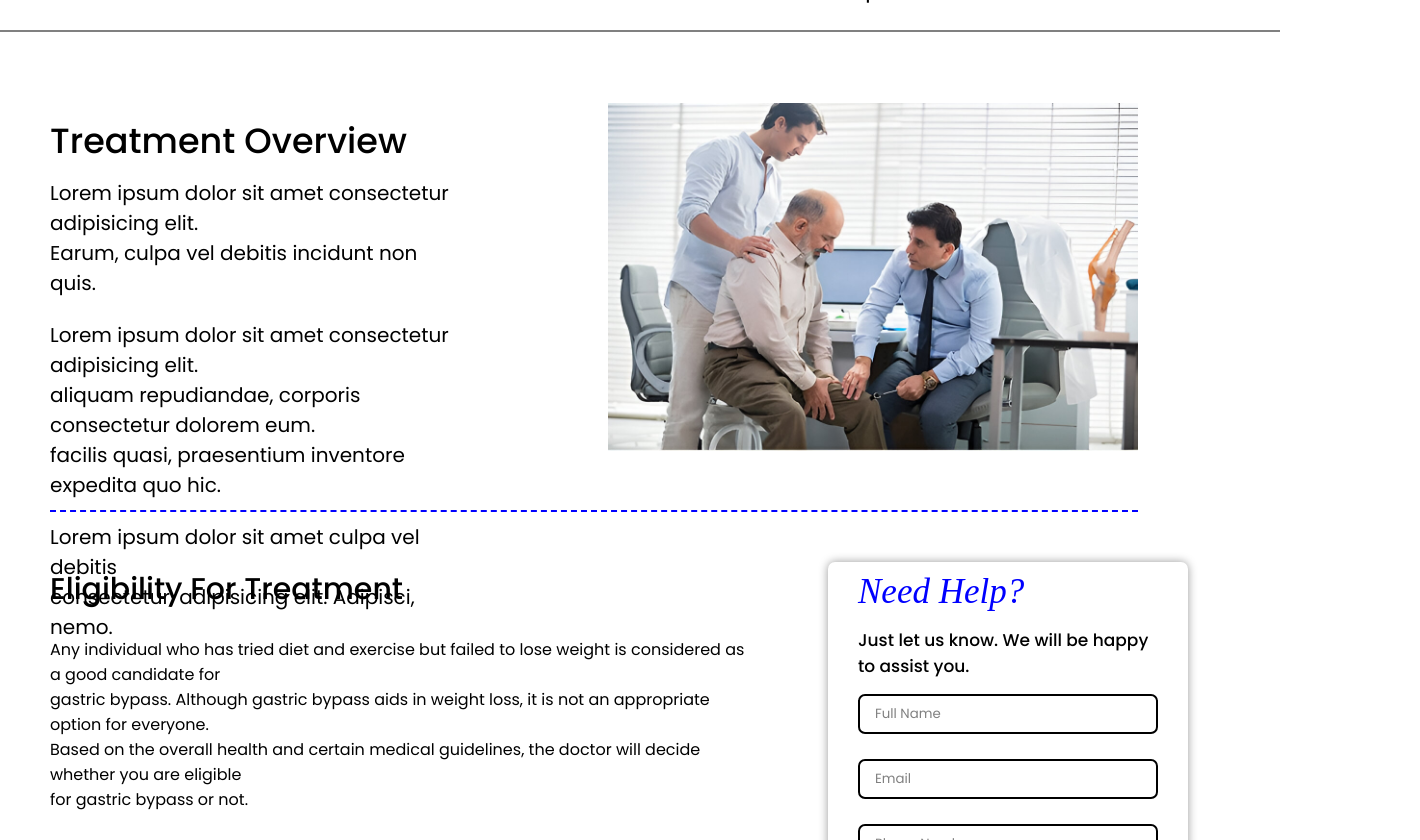
Repository: hetuk2005/webDevelopment
Page: Projects/Aafiya.html
An editor plug-in stored every save of this project. The page is shown before and after the next save, followed by the edit.
The browser window is 1280 px wide. The page is 1420 px wide, so the pictures cover 1420 px, including what lies to the right of the window. The pictures show the part of the page from y = 571 to 1411 px (the page is 7844 px tall).
Some web fonts or font styles are not loaded; a fallback is used.

Above is the page before, as saved 2025-04-14 16:05:52.

### Projects/Aafiya.html
<!DOCTYPE html>
<html lang="en">

<head>
    <meta charset="UTF-8" />
    <meta name="viewport" content="width=device-width, initial-scale=1.0" />
    <title>Hetuk</title>
    <link rel="stylesheet" href="./CSS/Aafiya.css" />
</head>

<body>
    <nav>
        <div class="child1">
            <div class="images">
                <img src="./Images/Aafiya Logo.svg" alt="Aafiya Logo" class="img1" />
                <img src="./Images/Logo 2.png" alt="Logo" class="img2" />
            </div>
            <div class="image_text">
                <div class="book_text">
                    <img src="./Images/Book.svg" alt="Book" class="img3" />
                    <div class="grid">
                        <p class="text">Second Medical Option</p>
                        <p class="text1">Book Consultation</p>
                    </div>
                </div>
                <div class="call_text">
                    <img src="./Images/Call.svg" alt="Call" class="img4" />
                    <div class="grid">
                        <p class="text">Call Us On</p>
                        <p class="text1">985 896 2222</p>
                    </div>
                </div>
                <div class="mail_text">
                    <img src="./Images/Mail.png" alt="Mail" class="img5" />
                    <div class="grid">
                        <p class="text">Email Us On</p>
                        <p class="text1">info@mediretreats.com</p>
                    </div>
                </div>
                <img src="./Images/India.svg" alt="India Flag" class="img6" />
            </div>
        </div>
        <div class="child2">
            <ul>
                <li>Home</li>
                <li>About Us</li>
                <li>Treatments +</li>
                <li>Destinations +</li>
                <li>Hospitals</li>
                <li>FAQs</li>
                <li>Blog</li>
                <li>Request A Quote</li>
            </ul>
            <input type="search" placeholder="🔍  Search" />
        </div>
    </nav>
    <div class="home_img">
        <div class="home_child">
            <p class="home_content">Home</p>
            <span class="red"> > </span>
            <p class="home_content">Treatments</p>
            <span class="red"> > </span>
            <p class="home_content">Orthopaedics</p>
            <span class="red"> > </span>
            <p class="home_content">Knee Replacement</p>
        </div>
        <h3>Total Knee Replacement</h3>
        <p class="home_description">
            Total knee replacement is a surgery to remove and replace the whole<br> damaged knee joint with an artificial joint.
        </p>
        <button class="enquire_now">Enquire Now</button>
    </div>
    <div class="nav2">
        <ul>
            <li class="list">Overview</li>
            <li>Eligibility</li>
            <li>Preparation</li>
            <li>About Treatment</li>
            <li>Post-Treatment Care</li>
            <li>Recovery Tips</li>
            <li>FAQs</li>
            <li>Patients Stories</li>
        </ul>
    </div>
    <div class="treatment_overview">
        <div class="treatment_text">
            <h3>Treatment Overview</h3>
            <p>
                Lorem ipsum dolor sit amet consectetur adipisicing elit.<br /> Earum, culpa vel debitis incidunt non quis.
                <p>Lorem ipsum dolor sit amet consectetur adipisicing elit.<br /> aliquam repudiandae, corporis consectetur dolorem eum.<br /> facilis quasi, praesentium inventore expedita quo hic.</p>
                <p>Lorem ipsum dolor sit amet culpa vel debitis<br /> consectetur, adipisicing elit. Adipisci, nemo.</p>
            </p>
        </div>
        <div class="treatment_img">
            <img src="./Images/treatment_overview (1).jpg" alt="Image" />
        </div>
    </div>
    <div class="text_grid">
        <div class="eligibility_for_treatment">
            <div class="eligibility_text">
                <h3>Eligibility For Treatment</h3>
                <br />
                <p>
                    Any individual who has tried diet and exercise but failed to lose weight is considered as a good candidate for<br /> gastric bypass. Although gastric bypass aids in weight loss, it is not an appropriate option for everyone.<br /> Based
                    on the overall health and certain medical guidelines, the doctor will decide whether you are eligible<br /> for gastric bypass or not.
                </p>
                <br />
                <p>In general, gastric bypass could be a good option if:</p>
                <br />
                <ul>
                    <li>The BMI (body mass index) is 40 or more.</li>
                    <li>
                        Your BMI is 30 or more with severe weight-related health conditions like type-2 diabetes and high<br /> blood pressure.
                    </li>
                    <li>You are willing to make permanent changes in the lifestyle.</li>
                </ul>
            </div>
            <div class="eligibility_form">
                <h3>Need Help?</h3>
                <p>
                    Just let us know. We will be happy<br /> to assist you.
                </p>
                <form>
                    <input type="text" placeholder="Full Name" />
                    <input type="email" placeholder="Email" />
                    <input type="tel" placeholder="Phone Number" />
                    <input type="textarea" placeholder="Describe Your Treatment Requirement" class="textarea" />
                    <button class="Enquiry">Send Enquiry</button>
                </form>
            </div>
        </div>
        <div class="preparation_of_treatment">
            <h3>Preparation Of Treatment</h3>
            <br />
            <p>
                Any individual who has tried diet and exercise but failed to lose weight is considered as a good candidate for<br /> gastric bypass. Although gastric bypass aids in weight loss, it is not an appropriate option for everyone.<br /> Based
                on the overall health and certain medical guidelines, the doctor will decide whether you are eligible<br /> for gastric bypass or not.
            </p>
            <br />
            <p>In general, gastric bypass could be a good option if:</p>
            <br />
            <ul>
                <li>The BMI (body mass index) is 40 or more.</li>
                <li>
                    Your BMI is 30 or more with severe weight-related health conditions like type-2 diabetes and high<br /> blood pressure.
                </li>
                <li>You are willing to make permanent changes in the lifestyle.</li>
            </ul>
        </div>
    </div>
    <div class="about_treatment">
        <h3>About Treatment</h3>
        <br />
        <p>
            Any individual who has tried diet and exercise but failed to lose weight is considered as a good candidate for<br /> gastric bypass. Although gastric bypass aids in weight loss, it is not an appropriate option for everyone.<br /> Based on
            the overall health and certain medical guidelines, the doctor will decide whether you are eligible<br /> for gastric bypass or not.
        </p>
        <br />
        <p>In general, gastric bypass could be a good option if:</p>
        <br />
        <ul>
            <li>The BMI (body mass index) is 40 or more.</li>
            <li>
                Your BMI is 30 or more with severe weight-related health conditions like type-2 diabetes and high<br /> blood pressure.
            </li>
            <li>You are willing to make permanent changes in the lifestyle.</li>
        </ul>
    </div>
    <div class="post_treatment">
        <h3>Post-Treatment Care Treatment</h3>
        <br />
        <p>
            Any individual who has tried diet and exercise but failed to lose weight is considered as a good candidate for<br /> gastric bypass. Although gastric bypass aids in weight loss, it is not an appropriate option for everyone.<br /> Based on
            the overall health and certain medical guidelines, the doctor will decide whether you are eligible<br /> for gastric bypass or not.
        </p>
        <br />
        <p>In general, gastric bypass could be a good option if:</p>
        <br />
        <ul>
            <li>The BMI (body mass index) is 40 or more.</li>
            <li>
                Your BMI is 30 or more with severe weight-related health conditions like type-2 diabetes and high<br /> blood pressure.
            </li>
            <li>You are willing to make permanent changes in the lifestyle.</li>
        </ul>
    </div>
    <div class="treatment_recovery">
        <h3>Post-Treatment Care Treatment</h3>
        <br />
        <p>
            Any individual who has tried diet and exercise but failed to lose weight is considered as a good candidate for<br /> gastric bypass. Although gastric bypass aids in weight loss, it is not an appropriate option for everyone.<br /> Based on
            the overall health and certain medical guidelines, the doctor will decide whether you are eligible<br /> for gastric bypass or not.
        </p>
        <br />
        <p>In general, gastric bypass could be a good option if:</p>
        <br />
        <ul>
            <li>The BMI (body mass index) is 40 or more.</li>
            <li>
                Your BMI is 30 or more with severe weight-related health conditions like type-2 diabetes and high<br /> blood pressure.
            </li>
            <li>You are willing to make permanent changes in the lifestyle.</li>
        </ul>
    </div>
    <div class="treatment_faqs">
        <h3>Treatment FAQs</h3>
        <br />
        <p>How do I know the clinic I am searching is verified?</p>
        <br />
        <p>
            I can't travel alone so can some family member or friend of mine accompany me?
        </p>
        <br />
        <p class="answered">
            Can I see my doctor before I decide and what about my post recovery?
        </p>
        <br />
        <p class="answer">
            <span class="left">
          Yes, pre and post treatment consultation can be done. You can speak to
          the doctor at the most<br />
          appropriate time (before you decide to travel) to boost your
          confidence. The team at<br />
          Mediretreats will also help you with arranging the OPD'S after the
          surgeries.
        </span>
        </p>
        <br />
        <a class="bottom">
        How do I share my reports and medical cases with the clinic of my
        choice?
      </a>
        <br />
    </div>
    <h4>Patients Stories & Videos</h4>
    <div class="patient_stories">
        <div class="stories_img">
            <div class="text1">
                <p class="stories_text">
                    Underwent procedure for<br /> retinal detachment
                </p>
                <br /><br />
                <img src="./Images/Quotes.svg" alt="Quotes" class="quotes" />
            </div>
            <img src="./Images/Patient_Stories.png" alt="Image Of Patient" />
            <br />
            <div class="profile1">
                <img src="./Images/Profile.svg" alt="Luke Olfert" />
                <div class="flex">
                    <h5>Luke Olfert</h5>
                    <p>New York, USA</p>
                </div>
            </div>
        </div>
        <br /><br />
        <div class="S">
            <div class="A">
                <p class="ST">
                    Underwent Colonoscope And<br /> Medical Management
                </p>
                <br /><br />
                <img src="./Images/Quotes.svg" alt="Quotes" class="quotes" />
            </div>
            <br />
            <p class="padding">
                Lorem ipsum dolor sit amet consectetur eaque facere.<br /> Ipsa alias quae eligendi eaque nam minima facere<br /> soluta dolore, adipisci ipsum, facere fugiat facere earn<br /> nam minima qui libero! Perspici facere fugiat facere<br />                exercitationem nemo culpa ut facere facere fugiat
                <br /> architecto facere fugiat.
            </p>
            <br />
            <div class="P">
                <img src="./Images/Profile.svg" alt="Luke Olfert" />
                <div class="F">
                    <h5>Luke Olfert</h5>
                    <p>Sydney,Australia</p>
                </div>
            </div>
        </div>
    </div>
    <div class="container">
        <span class="active"></span>
        <span></span>
        <span></span>
    </div>
    <div class="top_doctors">
        <h3>Doctors</h3>
        <div class="center">
            <h1>Top Orthopaedic</h1>
            <h1 class="blue">Doctors</h1>
        </div>
        <div class="parent">
            <div class="card">
                <div class="pink_box"></div>
                <h5>Dr. Faique Falke</h5>
                <p class="place">Musaffah Industrial - Abu Dhabi</p>
                <p class="doctors">Doctor Degree & Specialist</p>
            </div>
            <br />
            <div class="card">
                <div class="pink_box"></div>
                <h5>Dr. Faique Falke</h5>
                <p class="place">Musaffah Industrial - Abu Dhabi</p>
                <p class="doctors">Doctor Degree & Specialist</p>
            </div>
            <br />
            <div class="card">
                <div class="pink_box"></div>
                <h5>Dr. Faique Falke</h5>
                <p class="place">Musaffah Industrial - Abu Dhabi</p>
                <p class="doctors">Doctor Degree & Specialist</p>
            </div>
        </div>
        <div class="container">
            <span class="active"></span>
            <span></span>
            <span></span>
        </div>
    </div>
    <div class="hospitals">
        <h2>Hospitals</h2>
        <div class="center">
            <h1>Recommended</h1>
            <h1 class="blue">Hospitals</h1>
        </div>
        <div class="card_parent">
            <div class="card">
                <img src="./Images/Apollo Hospital.png" alt="Apollo Hospital" id="apollo" />
                <h3>Apollo Hospital</h3>
                <h5>Banglore</h5>
            </div>
            <div class="card">
                <img src="./Images/Medanta Hospital.png" alt="Medanta Hospital" id="apollo" />
                <h3>Medanta Hospital</h3>
                <h5>Gurgaon</h5>
            </div>
            <div class="card">
                <img src="./Images/Jaslok Hospital.png" alt="Jaslok Hospital" id="apollo" />
                <h3>Jaslok Hospital</h3>
                <h5>Mumbai</h5>
            </div>
        </div>
        <div class="container">
            <span class="active"></span>
            <span></span>
            <span></span>
        </div>
        <p>
            Don't hesitate, contact us for better help and services.
            <u>Explore all Hospitals</u>
        </p>
    </div>
    <div class="footer">
        <div class="footer1">
            <h5>Stay healthy and strong to enjoy life</h5>
            <h2>We have team of healthcare experts</h2>
            <div class="flex">
                <button>Get In Touch</button>
                <h1>+91 898 777 9999</h1>
            </div>
        </div>
        <div class="footer2">
            <div class="parent_list">
                <div class="list">
                    <h5>Important Links</h5>
                    <ul>
                        <li>Home</li>
                        <li>About Us</li>
                        <li>FAQs</li>
                        <li>Blog</li>
                        <li>Contact Us</li>
                    </ul>
                </div>
                <div class="list">
                    <h5>Top Hospitals</h5>
                    <ul>
                        <li>Apollo Hospital Delhi</li>
                        <li>Medanta Hospital Gurgaon</li>
                        <li>Max Hospital Delhi</li>
                        <li>Jaslok Hospital Mumbai</li>
                        <li>Artemis Hospital Gurgaon</li>
                        <li>Fortis Hospital Gurgaon</li>
                        <li>View All</li>
                    </ul>
                </div>
                <div class="list">
                    <h5>Speciality Treatments</h5>
                    <ul>
                        <li>Knee Replacement Surgeon</li>
                        <li>Urologist</li>
                        <li>Spine Surgeon</li>
                        <li>ENT Surgeons</li>
                        <li>Orthopedic</li>
                        <li>Cardiologist</li>
                        <li>View All</li>
                    </ul>
                </div>
                <div class="bottom_list">
                    <h5>Medical Tourism Destinations</h5>
                    <ul>
                        <li>Medical Tourism In India</li>
                        <li>Medical Tourism In Sri Lanka</li>
                        <li>Medical Tourism In UAE</li>
                        <li>View All</li>
                    </ul>
                </div>
            </div>
            <br />
            <div class="child_footer">
                <div class="flex">
                    <img src="./Images/icon.png" alt="Icon" />
                    <div class="flex1">
                        <h3>Are you doctor / hospital?</h3>
                        <h2>Join Mediretreats</h2>
                    </div>
                </div>
                <p>
                    Lorem ipsum dolor sit adipisicing elit,<br /> recusandae nesciunt nam nobis.
                </p>
            </div>
            <div class="about">
                <img src="./Images/footer-logo.png" alt="Aafiya Footer Logo" />
                <br />
                <div class="text">
                    <h3>About Aafiya Mediretreats</h3>
                    <p>
                        <b>Aafiya Mediretreats</b> is a free, confidential, independent resource for patients<br /> and industry providers. Our mission is to provide a central portal where pa-<br /> tients, Medical Tourism providers, hospitals, clinics,
                        employers, and insurance<br /> companies can all find the information they need. Our site focuses on patients<br /> looking for specific knowledge in the fields of medical tourism,
                        <br /> dental tourism, and health tourism
                    </p>
                </div>
                <div class="follow_us">
                    <div class="logo_img">
                        <h3>Follow Us On</h3>
                        <img src="./Images/Facebook (1).png" alt="Facebook Logo" class="facebook" />
                        <img src="./Images/Twitter (1).png" alt="Twitter Logo" class="twitter" />
                        <img src="./Images/Instagram (1).png" alt="Instagram Logo" class="instagram" />
                        <img src="./Images/Youtube (1).png" alt="Youtube Logo" class="youtube" />
                    </div>
                    <div class="text">
                        <h5>Customer Service</h5>
                        <h3 class="blue">+91 9856555666</h3>
                    </div>
                </div>
            </div>
        </div>
    </div>
    <div class="footer_blue">
        <div class="text2">
            <p>Copyright © 2020 Aafiya Mediretreats. All Rights Reserved. Designed by Ideamagix.</p>
        </div>
        <div class="right">
            <p>Terms And Conditions</p>
            <p>Privacy Policy</p>
        </div>
    </div>
</body>

</html>

Loaded but not shown: Projects/CSS/Aafiya.css (1045 lines, source omitted)

After the next save:
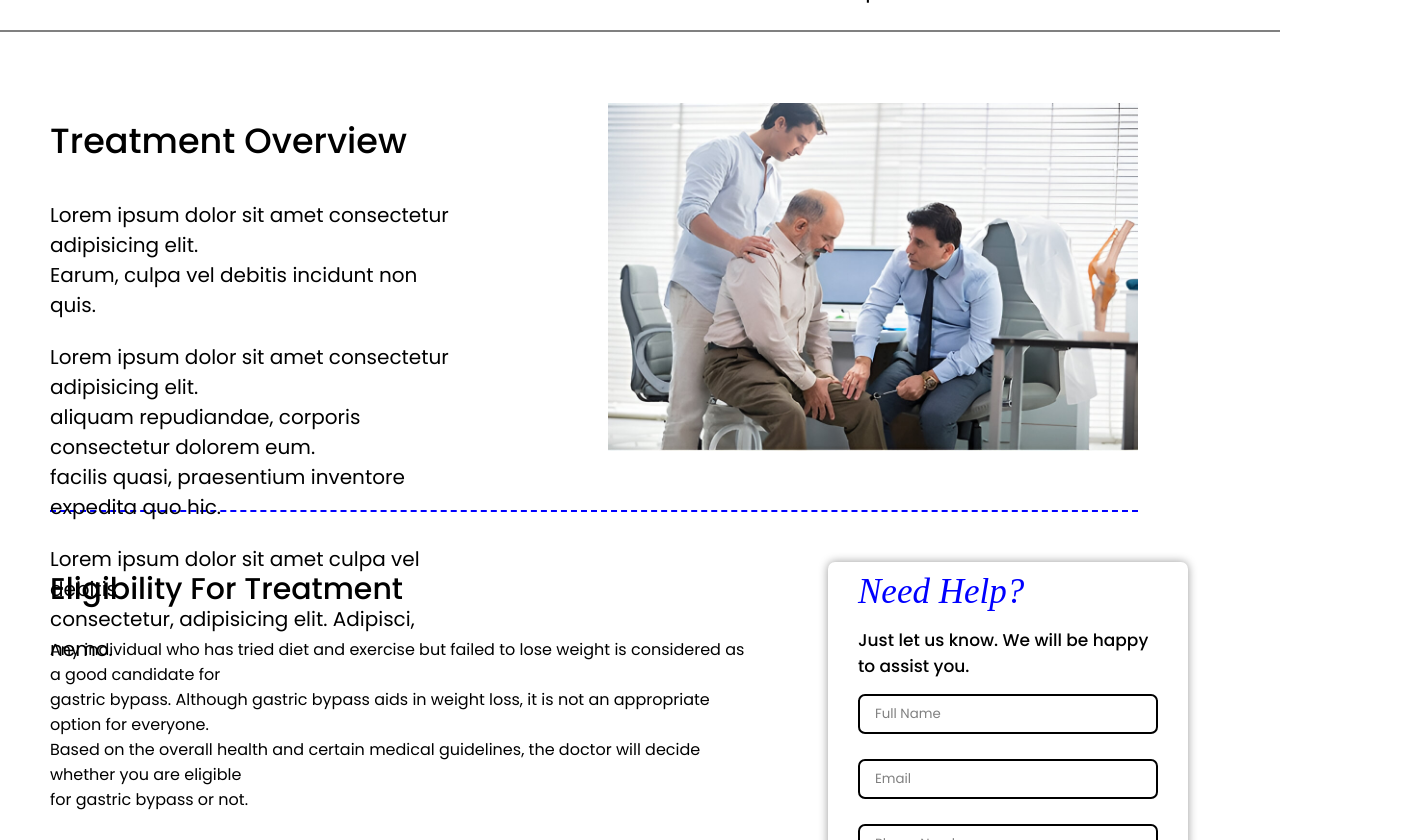
Saved 53 s later.
--- a/Projects/Aafiya.html
+++ b/Projects/Aafiya.html
@@ -85,8 +85,8 @@
     <div class="treatment_overview">
         <div class="treatment_text">
             <h3>Treatment Overview</h3>
-            <p>
-                Lorem ipsum dolor sit amet consectetur adipisicing elit.<br /> Earum, culpa vel debitis incidunt non quis.
+            <p class="text">
+                <p>Lorem ipsum dolor sit amet consectetur adipisicing elit.<br /> Earum, culpa vel debitis incidunt non quis.</p>
                 <p>Lorem ipsum dolor sit amet consectetur adipisicing elit.<br /> aliquam repudiandae, corporis consectetur dolorem eum.<br /> facilis quasi, praesentium inventore expedita quo hic.</p>
                 <p>Lorem ipsum dolor sit amet culpa vel debitis<br /> consectetur, adipisicing elit. Adipisci, nemo.</p>
             </p>
